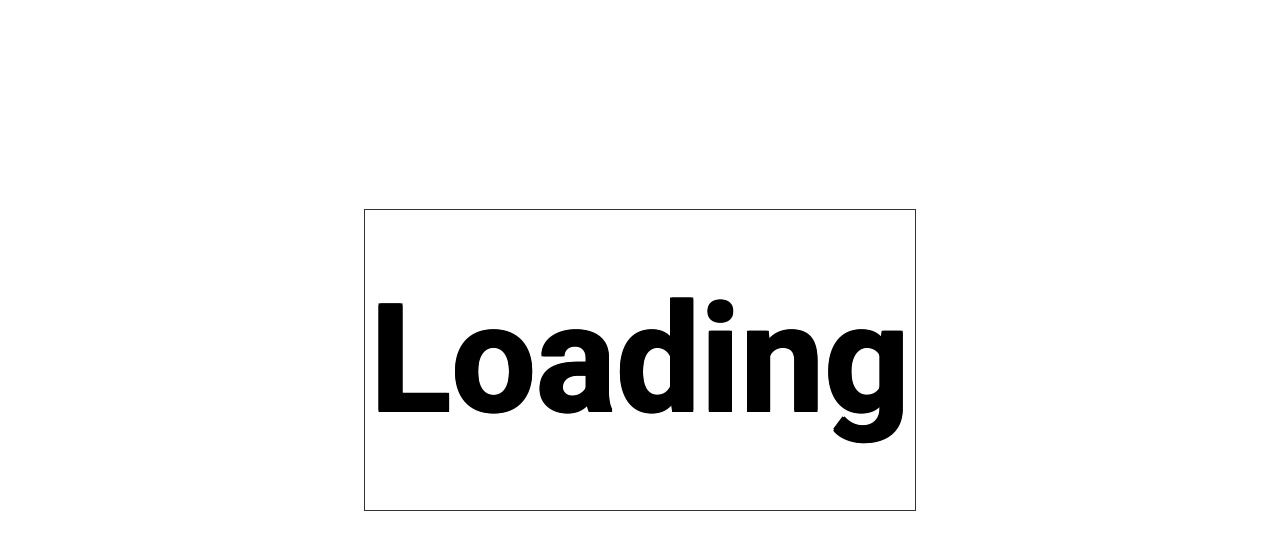
Repository: safak/animation
Page: index-4.html
The author's editor kept a copy of each file at every save. The page is drawn from the files as they stood at one save, then again after the next save.
The browser window is 1280 px wide. The pictures show the whole page.

Above is the page before, as saved 2020-12-17 00:30:03.

After the next save:
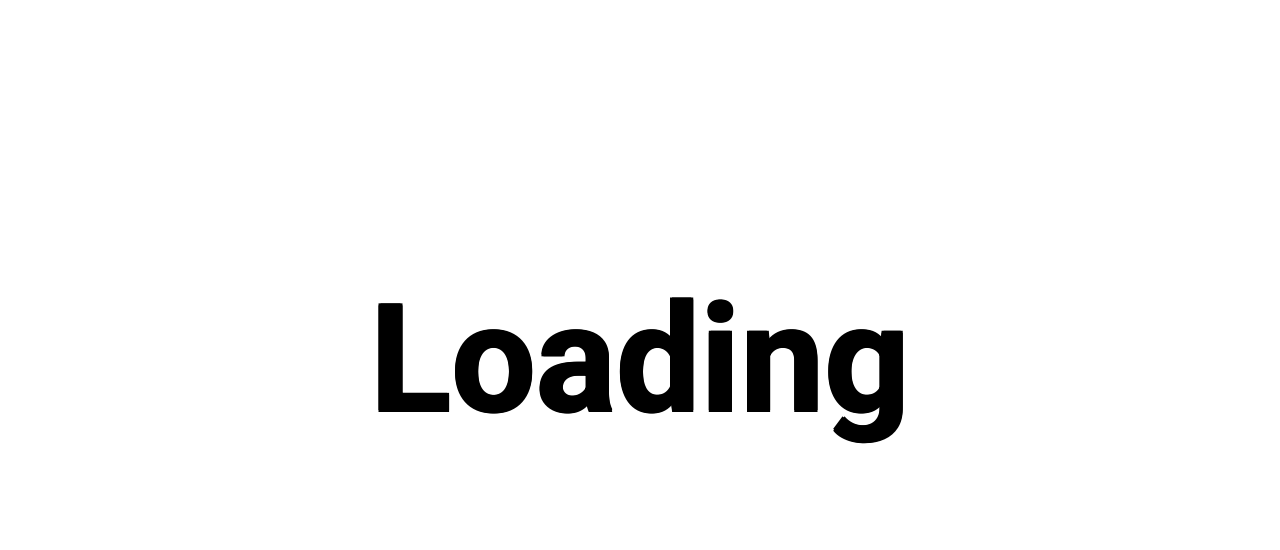
Saved 2 min 27 s later.
--- a/index-4.html
+++ b/index-4.html
@@ -16,10 +16,7 @@
     <title>Document</title>
   </head>
   <body>
-    <div class="container">
       <h1>Loading</h1>
-      <div class="fill"></div>
-    </div>
     </div>
   </body>
 </html>
